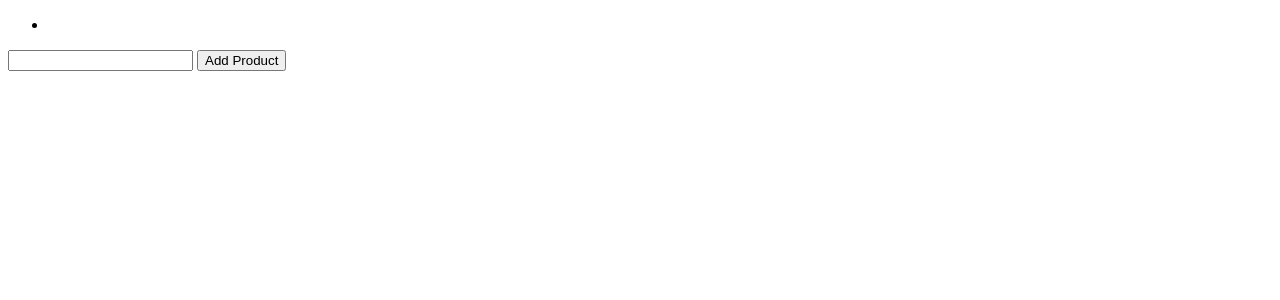
Repository: XavierJordaMurria/shop-assistance
Page: views/add-product.html
These files come from the project's save history. The page is drawn as it stood at one moment and after a run of saves; the edit follows.
The browser window is 1280 px wide. The pictures show the whole page.

Above is the page before, as saved 2021-01-14 08:03:50.

### views/add-product.html
<!DOCTYPE html>
<html lang="en">
<head>
    <meta charset="UTF-8">
    <meta name="viewport" content="width=device-width, initial-scale=1.0">
    <title>Add Product</title>
</head>
<body>
    <header>
        <nav>
            <ul>
                <li>
                    <a href="/shop"m Shop></a>
                </li>
            </ul>
        </nav>
    </header>
    <form action="/admin/add-product", method="POST">
        <input type="text" name="title">
        <button type="submit">Add Product</button>
        </form>
</body>
</html>

After the next 3 saves:
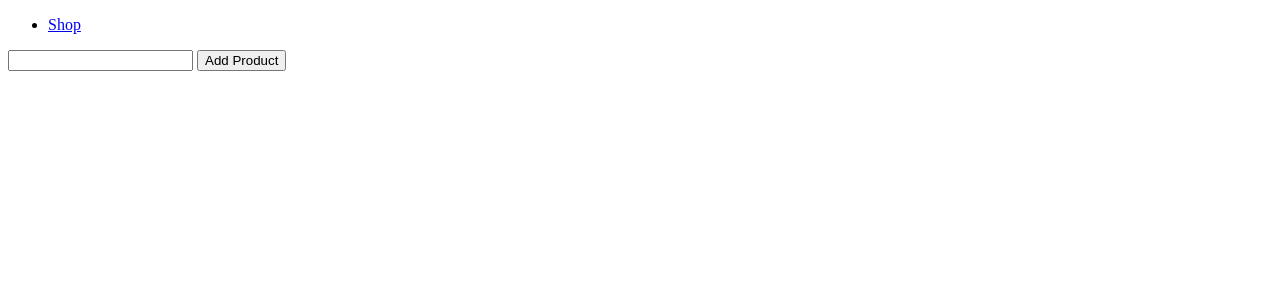
The 3 saves are shown as one change because they came seconds apart.
The last was saved 9 s later.
--- a/views/add-product.html
+++ b/views/add-product.html
@@ -10,7 +10,7 @@
         <nav>
             <ul>
                 <li>
-                    <a href="/shop"m Shop></a>
+                    <a href="/shop">Shop</a>
                 </li>
             </ul>
         </nav>
